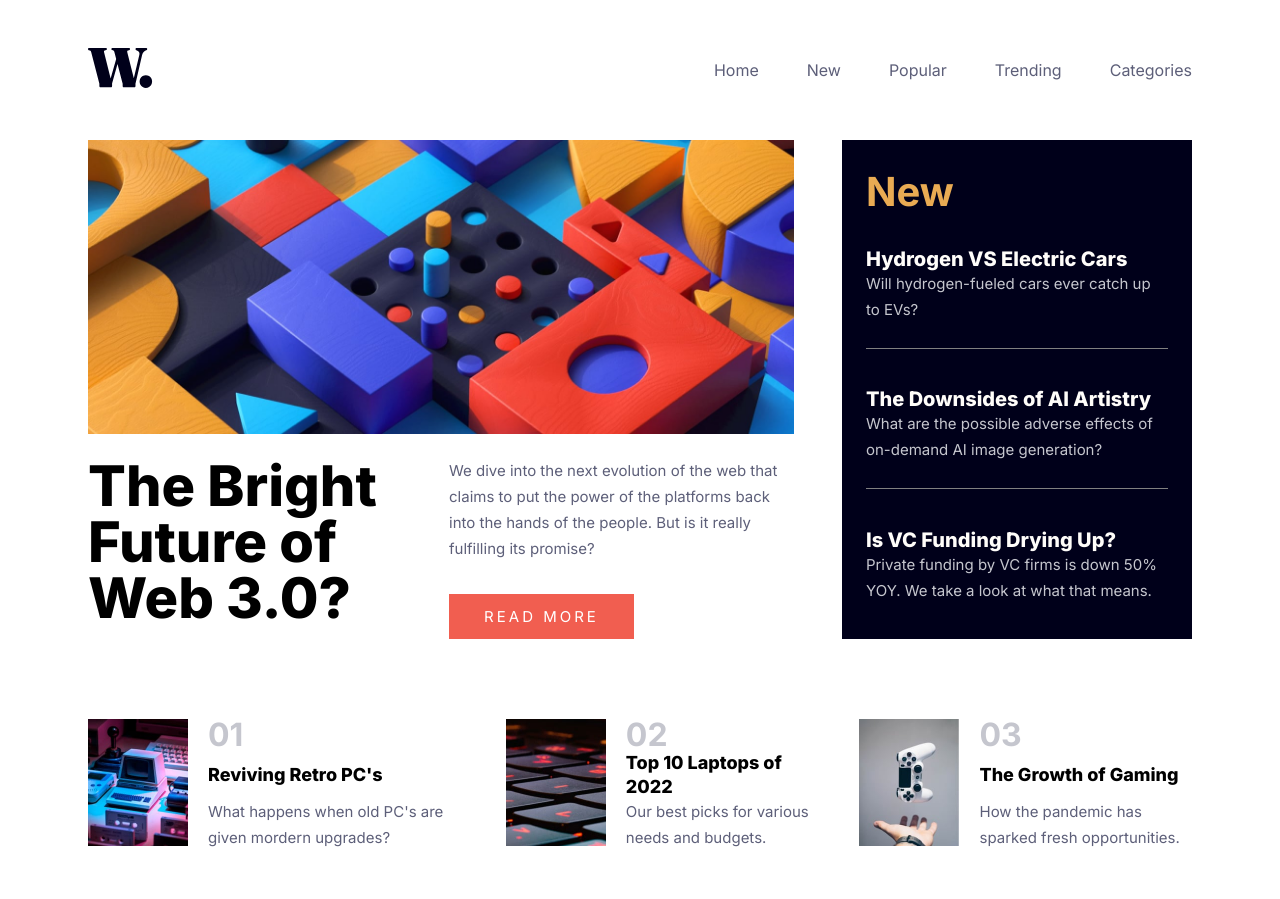
Repository: DevAntonioRogers/FrontendMentor-News-Homepage
Page: index.html
The author's editor kept a copy of each file at every save. The page is drawn from the files as they stood at one save, then again after the next save.
The browser window is 1280 px wide. The pictures show the whole page.

Above is the page before, as saved 2023-04-22 15:49:55.

### index.html
<!DOCTYPE html>
<html lang="en">
  <head>
    <meta charset="UTF-8" />
    <meta http-equiv="X-UA-Compatible" content="IE=edge" />
    <meta name="viewport" content="width=device-width, initial-scale=1.0" />
    <link rel="stylesheet" href="styles.css" />
    <title>Document</title>
  </head>
  <body>
    <nav>
      <div class="logo">
        <img src="./assets/logo.svg" alt="logo" />
      </div>
      <ul class="nav-menu">
        <li>Home</li>
        <li>New</li>
        <li>Popular</li>
        <li>Trending</li>
        <li>Categories</li>
      </ul>
      <div class="mobile-icons">
        <img src="./assets/icon-menu.svg" alt="" />
        <img src="./assets/icon-menu-close.svg" alt="" />
      </div>
    </nav>

    <section class="hero">
      <div class="left">
        <picture>
          <source srcset="assets/image-web-3-mobile.jpg" media="(max-width: 768px)" />
          <img src="assets/image-web-3-desktop.jpg" alt="banner" />
        </picture>
        <article class="hero-article">
          <div class="hero-article-left">
            <h1>The Bright Future of Web 3.0?</h1>
          </div>
          <div class="hero-article-right">
            <div>
              <p>
                We dive into the next evolution of the web that claims to put the power of the platforms back into the
                hands of the people. But is it really fulfilling its promise?
              </p>
              <button>Read More</button>
            </div>
          </div>
        </article>
      </div>
      <div class="right">
        <h1>New</h1>

        <div>
          <h3>Hydrogen VS Electric Cars</h3>
          <p>Will hydrogen-fueled cars ever catch up to EVs?</p>
        </div>

        <div>
          <h3>The Downsides of AI Artistry</h3>
          <p>What are the possible adverse effects of on-demand AI image generation?</p>
        </div>

        <div>
          <h3>Is VC Funding Drying Up?</h3>
          <p>Private funding by VC firms is down 50% YOY. We take a look at what that means.</p>
        </div>
      </div>
    </section>

    <section class="articles">
      <article>
        <div class="article-image">
          <img src="/assets/image-retro-pcs.jpg" alt="" />
        </div>
        <div class="article-info">
          <h1>01</h1>
          <h3>Reviving Retro PC's</h3>
          <p>What happens when old PC's are given mordern upgrades?</p>
        </div>
      </article>

      <article>
        <div class="article-image">
          <img src="/assets/image-top-laptops.jpg" alt="" />
        </div>
        <div class="article-info">
          <h1>02</h1>
          <h3>Top 10 Laptops of 2022</h3>
          <p>Our best picks for various needs and budgets.</p>
        </div>
      </article>

      <article>
        <div class="article-image">
          <img src="/assets/image-gaming-growth.jpg" alt="" />
        </div>
        <div class="article-info">
          <h1>03</h1>
          <h3>The Growth of Gaming</h3>
          <p>How the pandemic has sparked fresh opportunities.</p>
        </div>
      </article>
    </section>
  </body>
</html>

### styles.css
@import url('https://fonts.googleapis.com/css2?family=Inter:wght@400;700;800&display=swap');

*{
  box-sizing: border-box;
  margin: 0;
  padding: 0;
  font-family: 'Inter', sans-serif;
}

/* img{
  width: 100%;
  height: 100%;
} */

body{
  max-width: 1200px;
  margin: auto;
  padding: 3rem;
}

a{
  text-decoration: none;
}

li{
  list-style: none;
}

/* NAVBAR STYLES */

nav{
  display: flex;
  justify-content: space-between;
  align-items: center;
}

.nav-menu{
  display: flex;
  gap: 3rem;
}

.nav-menu{
  color: hsl(236, 13%, 42%);
}

.mobile-icons{
  display: none;
}

/* HERO STYLES */

.hero{
  display: flex;
  justify-content: center;
  gap: 3rem;
  margin-top: 3rem;
  max-height: 500px;
}

.left{
  display: flex;
  flex-direction: column;
}

.left img{
  max-width: 100%;
  height: 100%;
}

.hero-article{
  display: grid;
  grid-template-columns: 1fr 1fr;
  margin-top: 1.5rem;
  gap: 1rem;
  height: auto
}

.hero-article h1{
  font-weight: 800;
  font-size: 56px;
  line-height: 56px;
}



.hero-article button{
  color: white;
  background-color: hsl(5, 85%, 63%);
  width: 185px;
  padding: 0.8rem;
  font-size: 15px;
  letter-spacing: 3px;
  text-transform: uppercase;
  border: none;
}


.hero-article p{
  font-weight: 400;
  font-size: 15px;
  line-height: 26px;
  color: hsl(236, 13%, 42%);
  margin-bottom: 2rem;
}

.hero-article-right div{
  display: flex;
  flex-direction: column;
}


.right{
  background-color: hsl(240, 100%, 5%);
  color: white;
  padding: 2rem 1.5rem;
  display: flex;
  flex-direction: column;
  gap: 2rem;
  min-width: 350px;
}

.right h1{
  font-size: 40px;
  color: hsl(35, 77%, 62%);
  line-height: 40px;
  font-weight: 700;
}

.right h3 {
  font-weight: 800;
  font-size: 20px;
  line-height: 24px;
  color: hsl(36, 100%, 99%);
}

.right p{
  font-weight: 400;
  font-size: 15px;
  line-height: 26px;
  color: hsl(233, 8%, 79%);
}

.right div{
  margin: auto;
  border-bottom: solid 1px grey;
  padding-bottom: 25px;
}

.right div:nth-child(4){
  border: none;
  padding-bottom: 0;
}


/* ARTICLE STYLES */

.articles{
  display: flex;
  justify-content: space-between;
  width: 100%;
  margin-top: 5rem;
  gap: 3rem;
}

.articles img{
  width: 100px;
}

.articles article {
  display: flex;
  gap: 20px;
}

.article-info{
  display: flex;
  flex-direction: column;
  justify-content: space-between;
}
.article-info h1{
  font-weight: 700;
  font-size: 32px;
  line-height: 32px;
  color: hsl(233, 8%, 79%)
}

.article-info h3{
  font-weight: 800;
  font-size: 18px;
  line-height: 24px;
}

.article-info p {
  font-weight: 400;
  font-size: 15px;
  line-height: 26px;
  color: hsl(236, 13%, 42%);
}

After the next save:
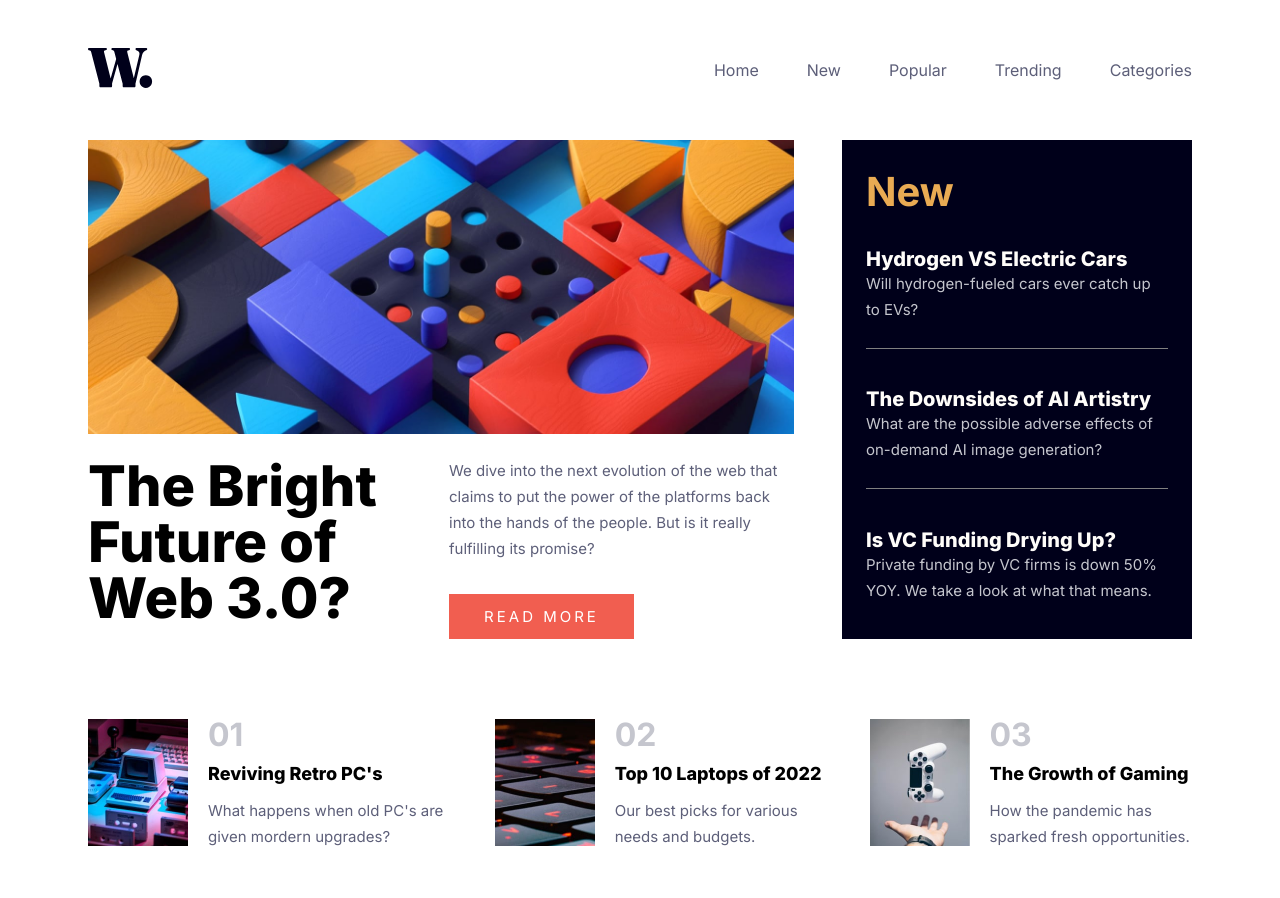
Saved 12 s later.
--- a/styles.css
+++ b/styles.css
@@ -187,6 +187,7 @@ nav{
   font-weight: 800;
   font-size: 18px;
   line-height: 24px;
+  white-space: nowrap;
 }
 
 .article-info p {
